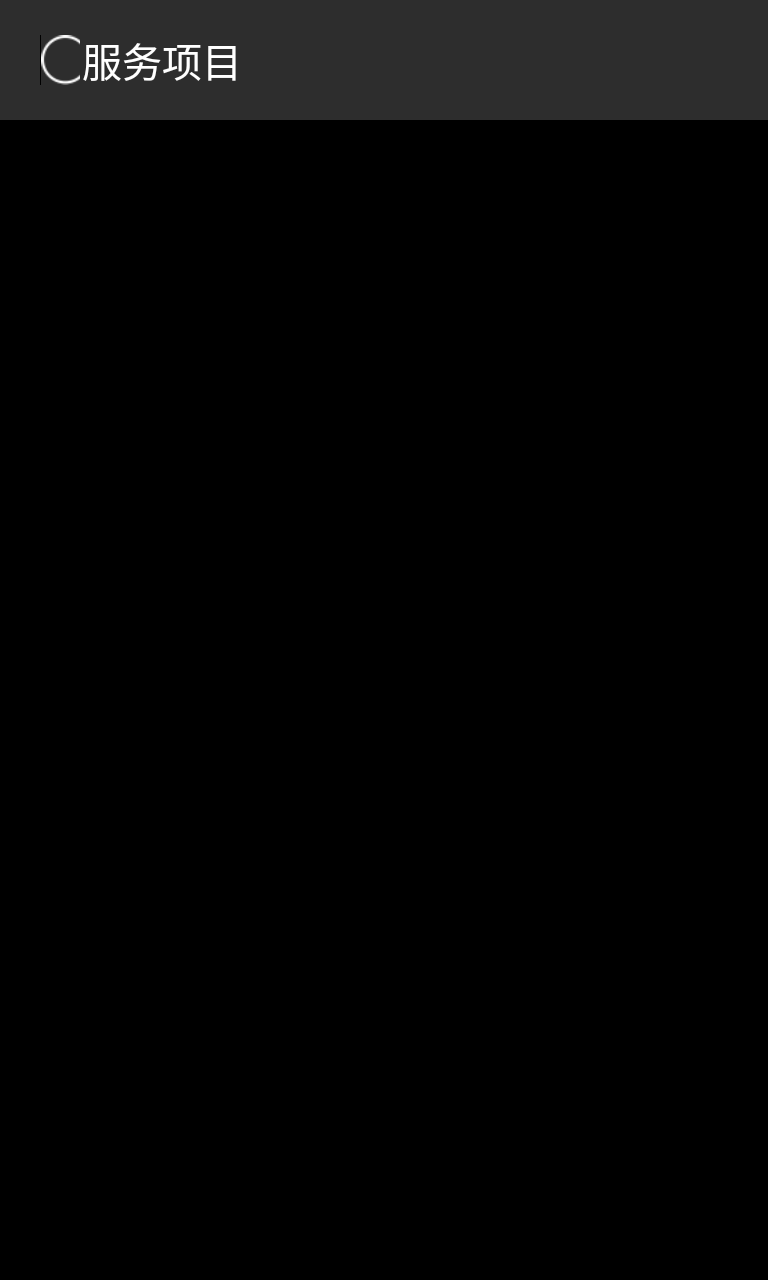
Repository: appleseedez/rongmeme-android
Layout: rmm/res/layout/star_small_item_custom.xml
An editor plug-in stored every save of this project. The layout is shown before and after the next save, followed by the edit.
It is drawn on a 768 x 1280 px phone screen (xhdpi) without system bars, with theme AppTheme; the app's code is not run.

Above is the layout before, as saved 2014-07-02 13:16:52.

### rmm/res/layout/star_small_item_custom.xml
<?xml version="1.0" encoding="utf-8"?>
<LinearLayout xmlns:android="http://schemas.android.com/apk/res/android"
    android:layout_width="match_parent"
    android:layout_height="wrap_content"
    android:orientation="vertical">

    <RelativeLayout
        android:id="@+id/ssi_top_navigation_bar"
        android:layout_width="fill_parent"
        android:layout_height="60dp"
        android:background="#44aaaaaa"
        android:gravity="center_vertical" >

        <CheckBox
            android:id="@+id/ssic_small_category_checkbox_imageButton"
            style="@style/CustomCheckboxTheme"
            android:layout_width="20dp"
            android:layout_height="40dp"
            android:layout_alignParentLeft="true"
            android:layout_centerVertical="true"
            android:layout_marginLeft="20dp"
            android:gravity="center"
            android:scaleType="center" />

        <TextView
            android:id="@+id/ssic_small_category_name_title"
            android:layout_width="wrap_content"
            android:layout_height="wrap_content"
            android:layout_alignParentRight="true"
            android:layout_centerVertical="true"
            android:layout_marginLeft="1dp"
            android:layout_toRightOf="@id/ssic_small_category_checkbox_imageButton"
            android:singleLine="true"
            android:text="@string/ssia_small_category_name_title_text"
            android:textColor="@color/white"
            android:textSize="20sp" />
    </RelativeLayout>

    <View
        android:layout_width="match_parent"
        android:layout_height="1.5dp"
        android:background="@null" >
    </View>

</LinearLayout>

### rmm/res/values/styles.xml
<resources xmlns:android="http://schemas.android.com/apk/res/android">

    <!-- Application theme. -->
    <style name="AppTheme" parent="@android:style/Theme.Black.NoTitleBar">
        <!-- All customizations that are NOT specific to a particular API-level can go here. -->
    </style>

    <style name="CustomCheckboxTheme" parent="@android:style/Widget.CompoundButton.CheckBox">
        <item name="android:button">@drawable/checkbox_style</item>
    </style>

    <style name="title">
        <item name="android:layout_height">wrap_content</item>
        <item name="android:layout_width">wrap_content</item>
        <item name="android:background">@null</item>
        <item name="android:gravity">center</item>
        <item name="android:textColor">@android:color/white</item>
        <item name="android:textSize">18sp</item>
    </style>

    <style name="button" parent="@style/title">
        <item name="android:background">@drawable/btn_button</item>
    </style>

    <style name="title.small" parent="@style/title">
        <item name="android:textSize">16sp</item>
    </style>

    <style name="itembg">
        <item name="android:background">#44aaaaaa</item>
        <item name="android:minHeight">60dip</item>
        <item name="android:paddingBottom">14dip</item>
        <item name="android:paddingLeft">20dip</item>
        <item name="android:paddingRight">20dip</item>
        <item name="android:paddingTop">14dip</item>
    </style>

    <style name="edit">
        <item name="android:layout_height">wrap_content</item>
        <item name="android:layout_width">wrap_content</item>
        <item name="android:textColorHint">@android:color/white</item>
        <item name="android:background">@drawable/edit</item>
        <item name="android:textColor">#797979</item>
        <item name="android:paddingLeft">10dip</item>
    </style>

    <style name="ratingbar" parent="@android:style/Widget.RatingBar">
        <item name="android:progressDrawable">@drawable/ratingbar</item>
        <item name="android:indeterminateDrawable">@drawable/ratingbar</item>
        <item name="android:minHeight">22dip</item>
        <item name="android:maxHeight">22dip</item>
    </style>

    <style name="share">
        <item name="android:layout_height">wrap_content</item>
        <item name="android:layout_width">wrap_content</item>
        <item name="android:minHeight">120dip</item>
        <item name="android:scaleType">centerInside</item>
        <item name="android:background">#44aaaaaa</item>
    </style>

    <style name="dialog" parent="@android:style/Theme.Dialog">
        <item name="android:windowIsTranslucent">false</item>
        <item name="android:windowNoTitle">true</item>
        <item name="android:windowFrame">@null</item>
        <item name="android:windowBackground">@android:color/transparent</item>
        <item name="android:windowIsFloating">true</item>
        <item name="android:windowContentOverlay">@null</item>
        <item name="android:windowTitleStyle">@null</item>
        <item name="android:windowAnimationStyle">@android:style/Animation.Dialog</item>
        <item name="android:windowSoftInputMode">stateUnspecified|adjustPan</item>
        <item name="android:backgroundDimEnabled">false</item>
        <item name="android:background">@android:color/transparent</item>
    </style>

    <style name="order_server_empty">
        <item name="android:layout_height">wrap_content</item>
        <item name="android:layout_width">0dp</item>
        <item name="android:drawableTop">@drawable/icon_order_server_empty</item>
        <item name="android:gravity">center_horizontal</item>
        <item name="android:drawablePadding">10dp</item>
        <item name="android:text">@string/order_server_text_default</item>
        <item name="android:textColor">@android:color/white</item>
        <item name="android:textSize">16sp</item>
    </style>

</resources>

### rmm/res/values/strings.xml
<?xml version="1.0" encoding="utf-8"?>
<resources>
    <string name="app_name">蓉么么</string>
    <string name="menu_settings">Settings</string>
    <string name="pull_to_refresh_tap_label">Tap to refresh</string>
    <string name="pull_to_refresh_refreshing_label">刷新</string>
    <string name="pull_to_refresh_footer_refreshing_label">加载中</string>
    <string name="refresh_down_text">下拉刷新</string>
    <string name="refresh_release_text">松开后刷新</string>
    <string name="xlistview_header_hint_normal">下拉刷新</string>
    <string name="xlistview_header_hint_ready">松开刷新数据</string>
    <string name="xlistview_header_hint_loading">正在加载...</string>
    <string name="xlistview_header_last_time">上次更新时间：</string>
    <string name="xlistview_footer_hint_normal">查看更多</string>
    <string name="xlistview_footer_hint_ready">松开载入更多</string>
    <string name="no_network_connected_status_pop">亲网络不给力啊</string>
    <string name="no_location_error">暂时无法获取当前位置</string>
    <string name="nha_no_net_work_toast">亲，没有网络，请返回在设置中打开网络连接才能定位。</string>
    <!-- dengjie -->
    <string name="back_navigation_imagebutton_desc">返回按钮</string>
    <string name="cleaning_tv_title_text">保洁</string>
    <string name="cleaning_view_flow_btn_text">观看流程</string>
    <string name="cleaning_custom_flow_btn_text">我要定制</string>
    <string name="si_big_category_start_level_imageview_desc">保洁星级服务大类icon</string>
    <string name="si_big_category_pull_down_imageButton_desc">保洁星级下拉按钮icon</string>
    <string name="ssi_small_category_name_title_text">服务项目</string>
    <string name="ssi_small_category_checkbox_imageButton_desc">勾选框</string>
    <string name="he_tv_title_text">钟点工</string>
    <string name="he_next_flow_button_desc">钟点工下一步按钮</string>
    <string name="employee_default_nickname_text">钟艳</string>
    <string name="employee_head_portrait_imageview_des">钟点工的圆角头像</string>
    <string name="ca_tip_msg_textview_defalut_text">您选择了一星保洁服务</string>
    <string name="ca_confirm_appointment_btn_text">确认预约</string>
    <string name="ca_contact_custom_service_text">联系客服</string>
    <string name="ssia_small_category_checkbox_imageButton_desc">勾选框</string>
    <string name="ssia_small_category_name_title_text">服务项目</string>
    <string name="cc_confirm_appointment_btn_text">确认预约</string>
    <string name="cc_contact_custom_service_text">联系客服</string>
    <string name="cc_tip_msg_textview_defalut_text">请选择您需要的服务</string>
    <string name="cc_tv_title_text">自选服务</string>
    <string name="hsa_tv_title_text">预约</string>
    <string name="hsa_tip_msg_textview_defalut_text">您已选择以下服务人员</string>
    <string name="hsa_send_appointment_btn_text">发送预约</string>
    <string name="hsa_phone_textview_hint">请输入手机号码</string>
    <string name="nmd_msg_content_textview_default_text">预约单已经发送\n稍后客服人员会通过\n%s\n联系您</string>
    <string name="nmd_msg_content_textview_default_faild_text">亲网络不好，请稍等一下</string>
    <string name="nmd_close_btn_desc">弹出框的描述</string>
    <string name="sss_tv_title_text">选择门店</string>
    <string name="he_send_appointment_no_phone_error">请输入手机号</string>
    <string name="confirm_custom_appointment_no_check">请选择服务内容</string>

    <item name="cleaning_big_category_tag" type="id"></item>

    <!-- dengjie -->

	<!-- Common -->
	  <string name="image_content_description">占位图标</string>

    <!-- Portal -->
    <string name="activity_label_app_portal">AppPortal</string>
    <string name="label_app_portal_user_center">个人中心</string>
    <string name="label_app_portal_dry_cleaning">干洗</string>
    <string name="label_app_portal_scan_barcode">扫一扫</string>

    <!-- Navigator -->
    <string name="label_navigator_backward">返回</string>
    <string name="label_navigator_forward"></string>
    <string name="label_navigator_forward_refresh">刷新</string>
    <string name="label_navigator_forward_comment">评价</string>
    <string name="label_navigator_title"></string>

    <!-- Dry Cleaning -->
    <string name="activity_label_dry_cleaning_portal">干洗</string>
    <string name="activity_label_dry_cleaning_reservation">干洗预约单</string>
    <string name="dry_cleaning_navigator_title">干洗列表</string>
    <string name="dry_cleaning_navigator_forward">选择</string>
    <string name="dry_cleaning_reserve_title">干洗预约</string>
    <string name="dry_cleaning_reserve_support">联系客服</string>
    <string name="dry_cleaning_reserve_telephone">联系电话</string>
    <string name="dry_cleaning_reserve_address">联系地址</string>
    <string name="dry_cleaning_reserve_confirmed">确认预定</string>
    <string name="dry_cleaning_reserve_failture">预定失败</string>
     <string name="dry_cleaning_reserve_disclaimer_title">免责声明</string>
    <string name="dry_cleaning_reserve_disclaimer">免责声明免责声明免责声明免责声明免责声明免责声明免责声明免责声明免责声明免责声明免责声明免责声明免责声明免责声明免责声明免责声明免责声明免责声明免责声明免责声明免责声明免责声明免责声明免责声明免责声明免责声明免责声明免责声明</string>
    <string name="dry_cleaning_reserve_disclaimer_accept">同意</string>
    <string name="dry_cleaning_reserve_disclaimer_notification">请查看并同意免责声明</string>
    <string name="dry_cleaning_reserve_good">物品</string>
    <string name="dry_cleaning_reserve_amount">数量</string>
    <string name="dry_cleaning_reserve_price">单价</string>
    <string name="dry_cleaning_reserve_total_price">总计</string>
    <string name="dry_cleaning_reserve_send_reservation">发送预约</string>
    <string name="dry_cleaning_reserve_notification_part_a">预约单已经发送\n稍后客服人员会通过\n</string>
    <string name="dry_cleaning_reserve_notification_part_b">\n联系您</string>

    <!-- User Center -->
    <string name="activity_label_user_center_portal">个人中心</string>
    <string name="activity_label_user_order_detail">订单详情</string>
    <string name="activity_label_user_profile">个人设置</string>
    <string name="user_center_forward_label">个人设置</string>
    <string name="user_profile_telephone_label">联系电话</string>
    <string name="user_profile_address_label">联系地址</string>
    <string name="user_profile_address_changed_success">修改成功</string>
    <string name="user_profile_address_changed_failture">修改失败</string>
    <string name="title_activity_order_portal">OrderPortal</string>

    <!-- User Order -->
    <string name="order_type_text_unknown">未知订单</string>
    <string name="order_type_text_cleaning">保洁订单</string>
    <string name="order_type_text_dry_cleaning">干洗订单</string>
    <string name="order_status_text_unknown">未服务</string>
    <string name="order_status_text_pending">未服务</string>
    <string name="order_status_text_unassigned">处理中</string>
    <string name="order_status_text_serving">服务中</string>
    <string name="order_status_text_served">已完成</string>
    <string name="order_status_text_served_text">服务完成</string>
    <string name="order_status_text_cancelled">取消</string>
    <string name="order_service_text_title">名称</string>
    <string name="order_service_text_amount">数量</string>
    <string name="order_service_text_price">单价</string>
    <string name="order_service_text_total_price">总计</string>

    <!-- Payment -->
    <string name="payment_alipay_label">使用支付宝支付</string>
    <string name="payment_alipay_success">支付成功</string>
    <string name="payment_alipay_failture">支付成功</string>
    <string name="payment_order_type_cleaning">蓉么么保洁服务订单</string>
    <string name="payment_order_type_dry_cleaning">蓉么么干洗服务订单</string>
    <string name="payment_order_type_hourly_worker">蓉么么钟点工服务订单</string>
    <string name="payment_order_description">随便说说就好 这是文案</string>
</resources>

### rmm/res/values/colors.xml
<?xml version="1.0" encoding="utf-8"?>
<resources>

    <color name="title">#ba4c62</color>
    <color name="black">#000000</color>
    <color name="white">#FFFFFF</color>
    <color name="blue">#6BADF6</color>
    <!-- 自定义的颜色，通用颜色 -->
    <!-- R:180 G:174 B:165 距离可以删除-->

    <!-- R197G191B186 -->
    <color name="R197G191B186">#C5BFBA</color>
    <color name="R199G183B161">#C7B7A1</color>
    <color name="R144G140B131">#6B6557</color>
    <color name="R96G99B102">#606366</color>
    <color name="R219G185B111">#DBB96F</color>
    <color name="R61G85B1">#3D5501</color>

	<color name="backgroud_black">#66222222</color>
	<color name="backgroud_white">#66FFFFFF</color>

	<color name="R61G85B1">#618510</color>
</resources>

### rmm/res/drawable/checkbox_style.xml
<?xml version="1.0" encoding="utf-8"?>
<selector xmlns:android="http://schemas.android.com/apk/res/android">

    <item android:drawable="@drawable/btn_check_s" android:state_checked="true"/>
    <item android:drawable="@drawable/btn_check_n" android:state_checked="false"/>
    <item android:drawable="@drawable/btn_check_n"/>

</selector>

After the next save:
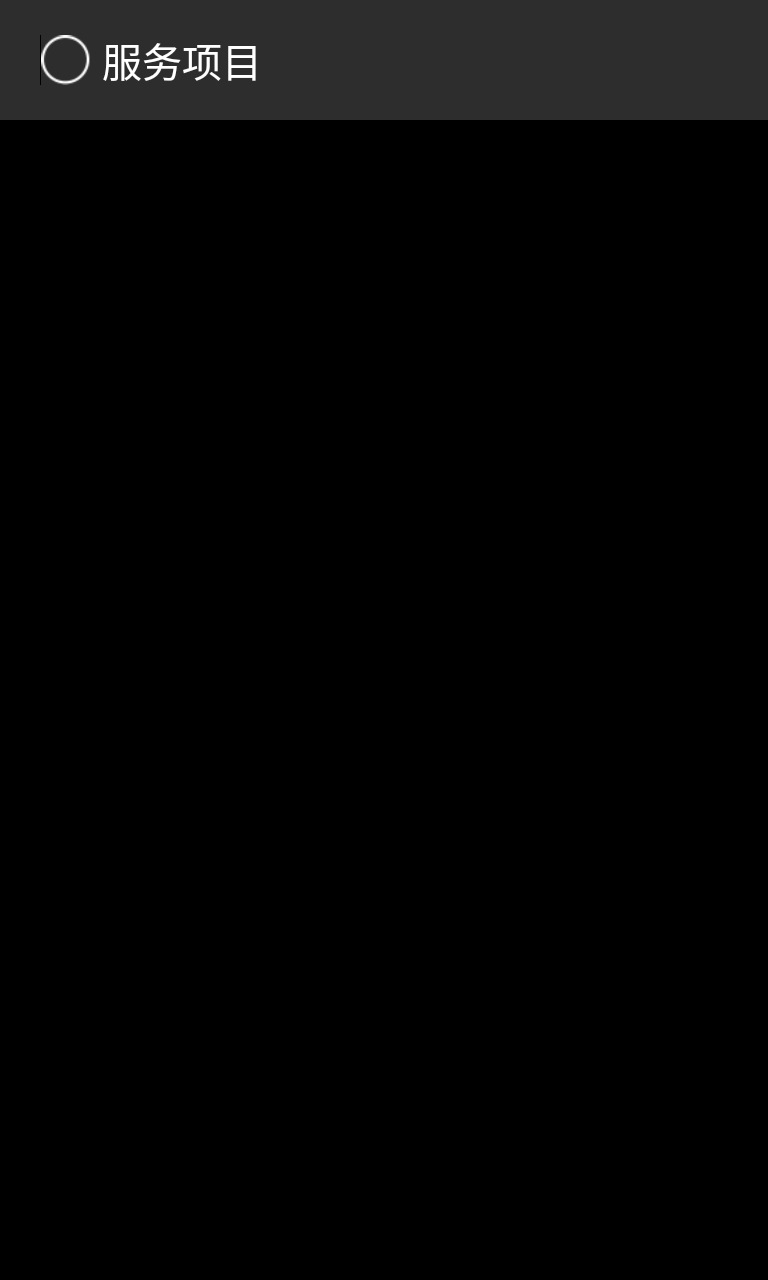
Saved 4 s later.
--- a/rmm/res/layout/star_small_item_custom.xml
+++ b/rmm/res/layout/star_small_item_custom.xml
@@ -14,7 +14,7 @@
         <CheckBox
             android:id="@+id/ssic_small_category_checkbox_imageButton"
             style="@style/CustomCheckboxTheme"
-            android:layout_width="20dp"
+            android:layout_width="30dp"
             android:layout_height="40dp"
             android:layout_alignParentLeft="true"
             android:layout_centerVertical="true"
